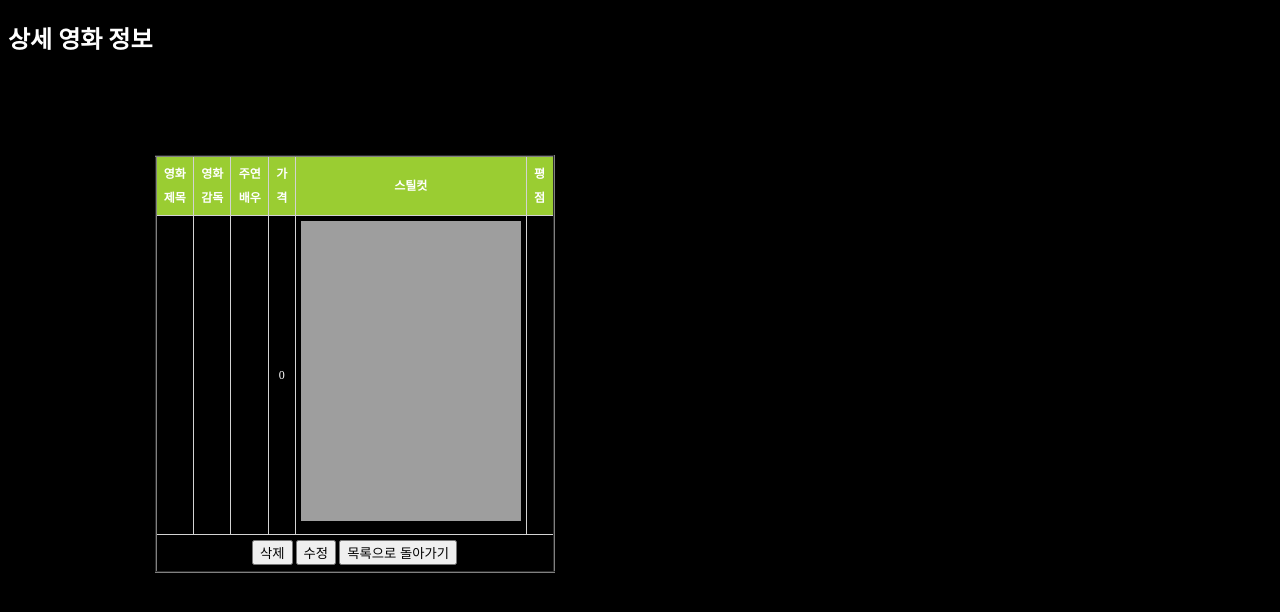
Repository: shinymusket/ideal-memory2
Page: http://localhost/homework10/MIS
The author's editor kept a copy of each file at every save. The page is drawn from the files as they stood at one save, then again after the next save.
The browser window is 1280 px wide. The pictures show the whole page.
Pictures or frames that could not be fetched are drawn as grey boxes. The page is served by Tomcat 9. Queries for data that is not in the repository find no rows.

Above is the page before, as saved 2022-06-17 08:37:17.

After the next save:
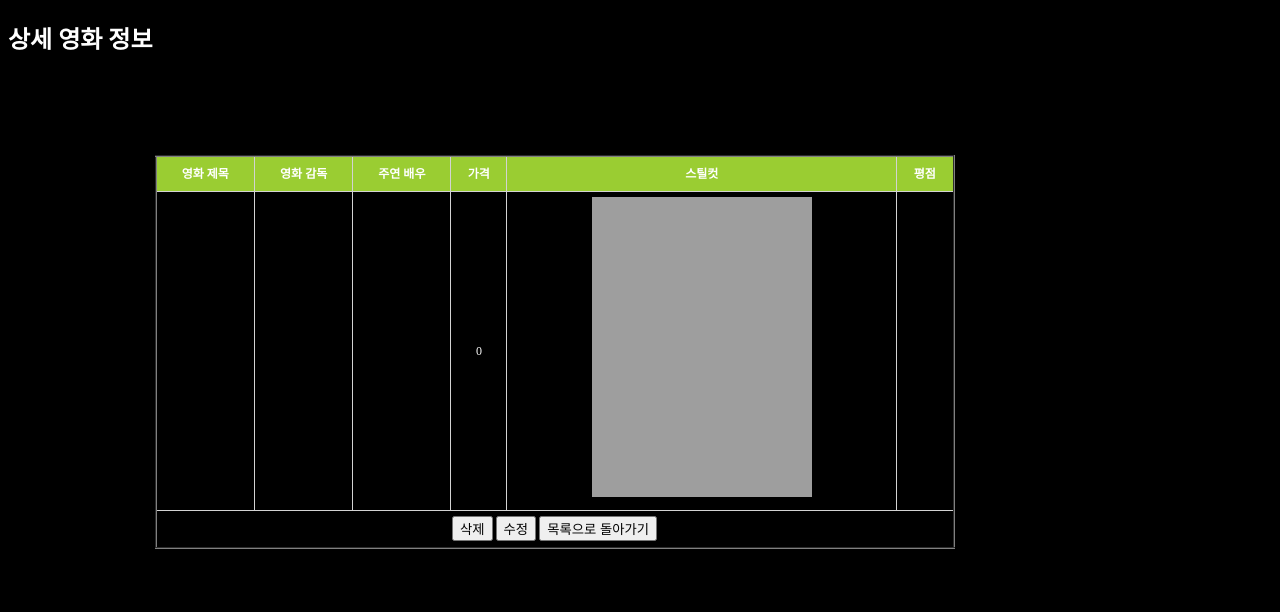
Saved 5 s later.
--- a/homework10/WebContent/style/movie_info.css
+++ b/homework10/WebContent/style/movie_info.css
@@ -15,7 +15,7 @@ a {
 }
 
 table {
-	width: 400px;
+	width: 800px;
 	border-collapse: collapse;
 	font-size: 12px;
 	line-height: 24px;
